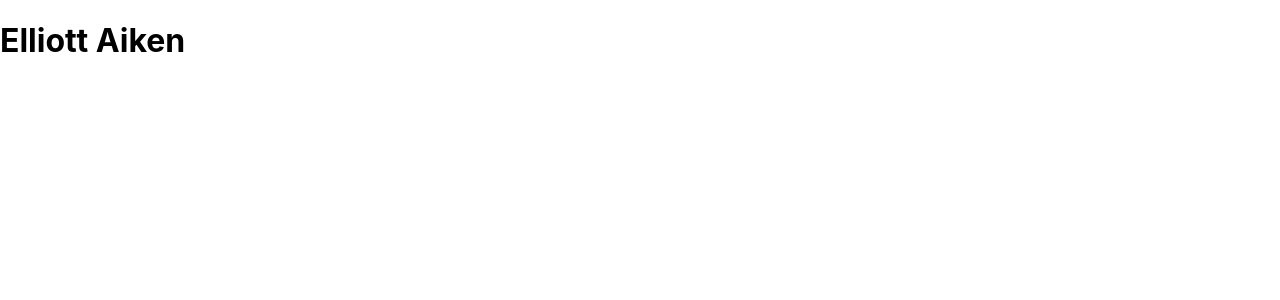
Repository: elaiken/portfolio
Page: /
These files come from the project's save history. The page is drawn as it stood at one moment and after the next save; the edit follows.
The browser window is 1280 px wide. The pictures show the whole page.
The project was rebuilt for these pictures with package versions that can differ from the ones it lists, and the page was loaded fresh each time. Also part of the build but not shown: src/components/Error.js, src/components/Projects.js.

Above is the page before, as saved 2021-11-24 15:59:00.

After the next save:
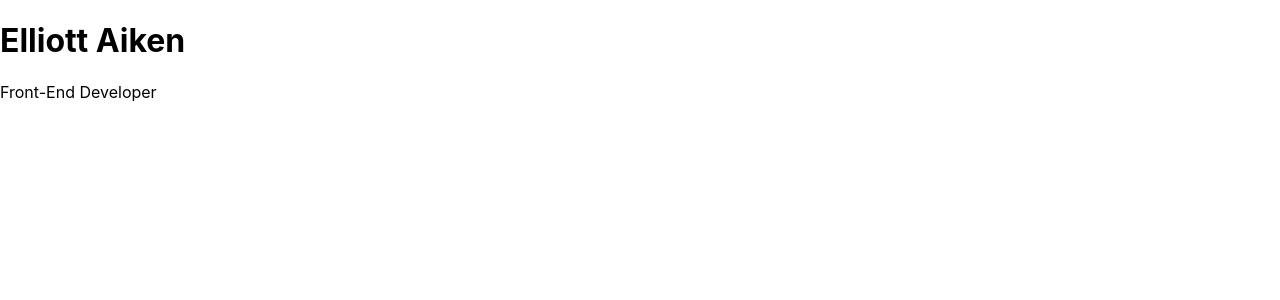
Saved 43 s later.
--- a/src/components/Home.js
+++ b/src/components/Home.js
@@ -2,6 +2,7 @@
     return (
         <div>
             <h1> Elliott Aiken </h1>
+            <p> Front-End Developer</p>
         </div>
     )
 }
